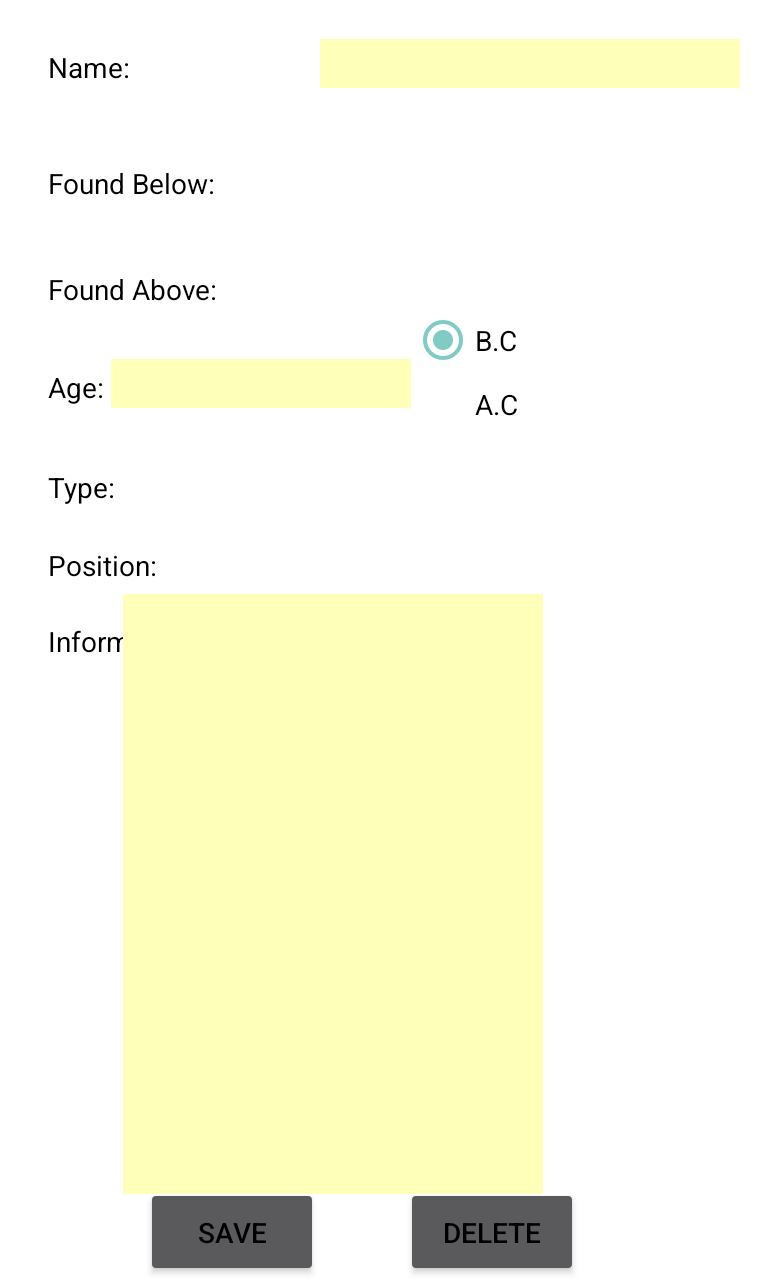
Repository: qfornaguera/AppQuelogy
Layout: AppQueology/res/layout/activity_artifact.xml
These files come from the project's save history. The layout is drawn as it stood at one moment and after the next save; the edit follows.
It is drawn on a 768 x 1280 px phone screen (xhdpi) without system bars, with theme Theme.AppCompat; the app's code is not run.

Above is the layout before, as saved 2014-05-26 21:14:27.

After the next save:
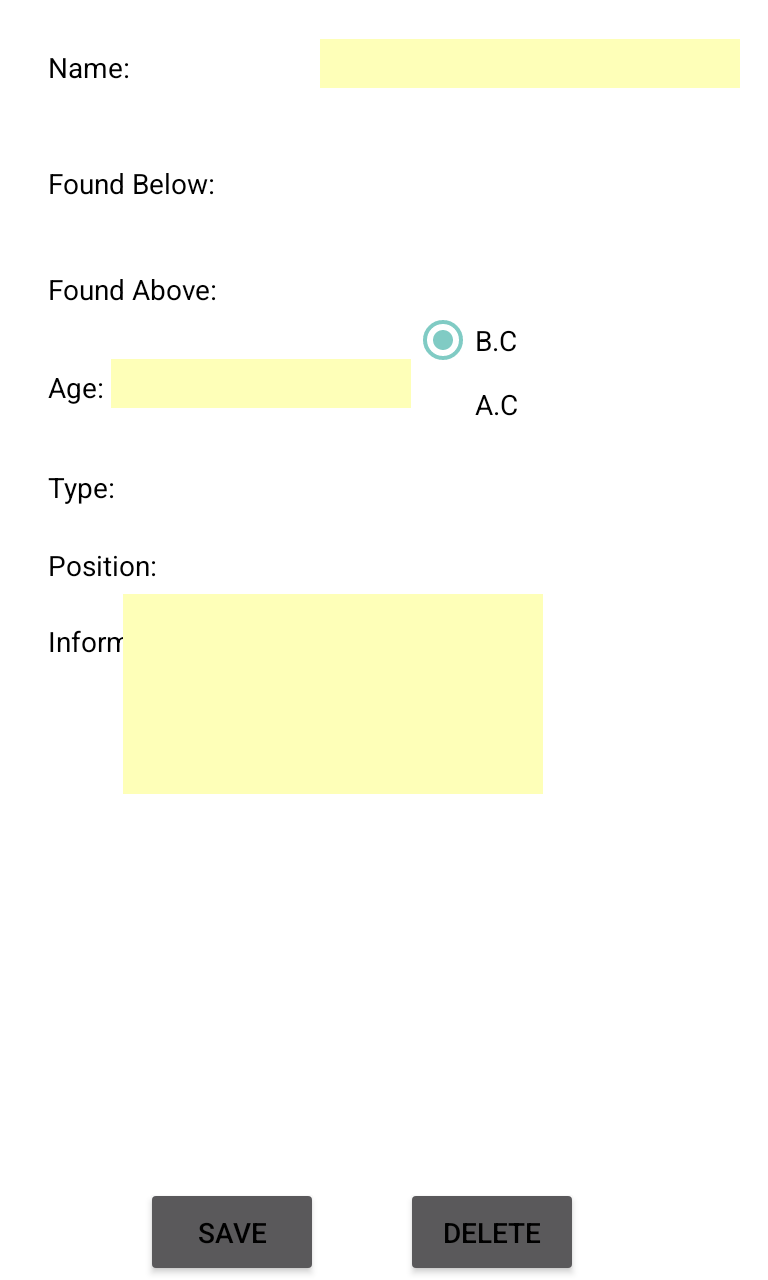
Saved 18 s later.
--- a/AppQueology/res/layout/activity_artifact.xml
+++ b/AppQueology/res/layout/activity_artifact.xml
@@ -185,7 +185,7 @@
 		    <EditText
 		        android:id="@+id/editText3"
 		        android:layout_width="wrap_content"
-		        android:layout_height="300dp"
+		        android:layout_height="100dp"
 		        android:layout_below="@+id/spinner1"
 		        android:layout_toRightOf="@+id/textView7"
 		        android:background="#FEFFB8"
